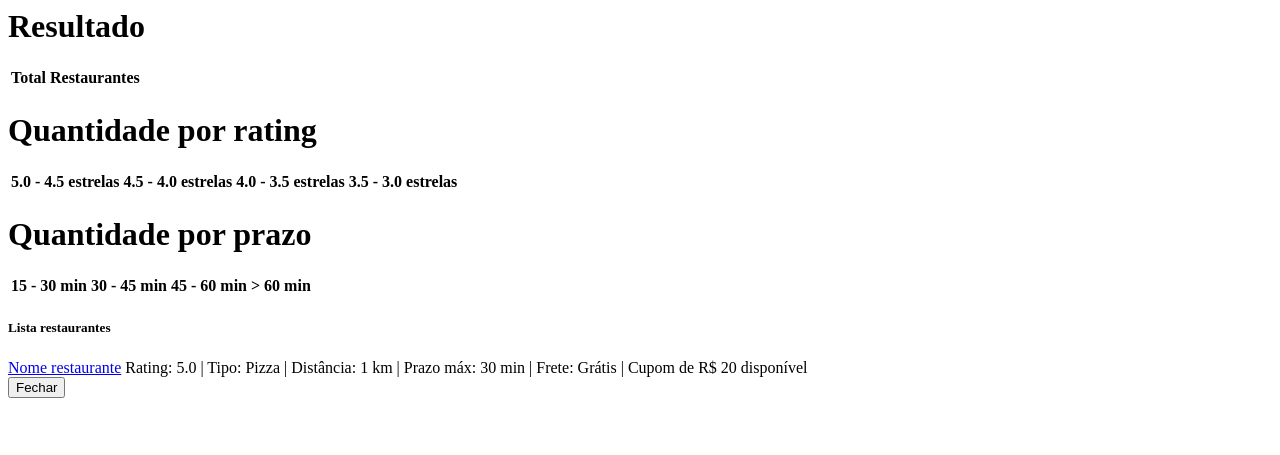
Repository: Amorim-cyber/backend_aplicativo_de_comida_V2
Page: http://localhost/foodTracker/Quantidades.jsp
The author's editor kept a copy of each file at every save. The page is drawn from the files as they stood at one save, then again after the next save.
The browser window is 1280 px wide. The pictures show the whole page.
The page is served by Tomcat 9. Nobody is signed in. The application's start-up code is not run. Other server files are loaded and not shown.

Above is the page before, as saved 2021-11-03 14:19:37.

### foodTracker/src/main/webapp/Quantidades.jsp
<%@ page language="java" contentType="text/html; charset=UTF-8"
    pageEncoding="UTF-8" import="com.aplicativo.de.comida.services.Service"%>
<%@taglib prefix="c" uri="http://java.sun.com/jsp/jstl/core"%>
<%
	Service service = new Service();
	String end = request.getParameter("endereco");
	Double dist = null;

	Integer total = null;

	Integer rate1 = null;
	Integer rate2 = null;
	Integer rate3 = null;
	Integer rate4 = null;

	Integer time1 = null;
	Integer time2 = null;
	Integer time3 = null;
	Integer time4 = null;

	if(end != null){
		dist = Double.parseDouble(request.getParameter("inlineRadioOptions").split("-")[1].replace(" km", ""));
		total = service.getQtdByAdrRange(end, dist);

		rate1 = service.getQtdByAdrRangeRate(end, dist, "5.0");
		rate2 = service.getQtdByAdrRangeRate(end, dist, "4.5");
		rate3 = service.getQtdByAdrRangeRate(end, dist, "4.0");
		rate4 = service.getQtdByAdrRangeRate(end, dist, "3.5");

		time1 = service.getQtdByAdrRangeRate(end, dist, 30);
		time2 = service.getQtdByAdrRangeRate(end, dist, 45);
		time3 = service.getQtdByAdrRangeRate(end, dist, 60);
		time4 = service.getQtdByAdrRangeRate(end, dist, 61);


	}


%>

	<div class="container">
		<h1>Resultado</h1>
		<table class="table table-striped" >
			<tr>
				<th>Total Restaurantes</th>
			</tr>
			<c:if test="${not empty param.endereco}">
			<tr>
				<td><%= total %></td>
			</tr>
			</c:if>
		</table>
		<h1>Quantidade por rating</h1>
		<table class="table table-striped" >
			<tr>
				<th>5.0 - 4.5 estrelas</th>
				<th>4.5 - 4.0 estrelas</th>
				<th>4.0 - 3.5 estrelas</th>
				<th>3.5 - 3.0 estrelas</th>
			</tr>
			<c:if test="${not empty param.endereco}">
			<tr>
				<td><%= rate1 %></td>
				<td><%= rate2 %></td>
				<td><%= rate3 %></td>
				<td><%= rate4 %></td>
			</tr>
			</c:if>
		</table>
		<h1>Quantidade por prazo</h1>
		<table class="table table-striped" >
			<tr>
				<th>15 - 30 min</th>
				<th>30 - 45 min</th>
				<th>45 - 60 min</th>
				<th>> 60 min</th>
			</tr>
			<c:if test="${not empty param.endereco}">
			<tr>
				<td>
					<button type="button" class="btn btn-primary" data-toggle="modal" data-target="#exampleModalLong">
	  					<%= time1 %>
					</button>
				</td>
				<td><%= time2 %></td>
				<td><%= time3 %></td>
				<td><%= time4 %></td>
			</tr>
			</c:if>
		</table>

		<!-- Modal -->
		<div class="modal fade" id="exampleModalLong" tabindex="-1" role="dialog" aria-labelledby="exampleModalLongTitle" aria-hidden="true">
		  <div class="modal-dialog modal-dialog-scrollable" role="document">
		    <div class="modal-content">
		      <div class="modal-header">
		        <h5 class="modal-title" id="exampleModalLongTitle">Lista restaurantes</h5>
		      </div>
		      <div class="modal-body">
					<div class="card">
					  <div class="card-body">
					  	<div class="img"></div>
					    <div class="details">
					    	<a href="#">Nome restaurante</a>
					    	<span>Rating: 5.0 | Tipo: Pizza | Distância: 1 km | Prazo máx: 30 min | Frete: Grátis | Cupom de R$ 20 disponível</span>
					    </div>
					  </div>
					</div>
		      </div>
		      <div class="modal-footer">
		        <button type="button" class="btn btn-secondary" data-dismiss="modal">Fechar</button>
		      </div>
		    </div>
		  </div>
		</div>

	</div>

### foodTracker/src/main/java/com/aplicativo/de/comida/interfaces/InterfaceRestaurante.java
package com.aplicativo.de.comida.interfaces;

import java.util.List;

import com.aplicativo.de.comida.entities.dao.RestauranteDAO;

public interface InterfaceRestaurante {

	public abstract Integer getQtdByAdrRange(String adr, Double range);

	public abstract Integer getQtdByAdrRangeRate(String adr, Double range, String rate);

	public abstract Integer getQtdByAdrRangeRate(String adr, Double range, Integer time);

	public abstract Integer getQtdByAdrTypeRange(String adr, String type, Double range);

	public abstract Integer getQtdByAdrTypeRangeRate(String adr, String type, Double range, String rate);

	public abstract Integer getQtdByAdrTypeRangeTime(String adr, String type, Double range, String time);

	public abstract List<RestauranteDAO> getListByAdrTypeRangeRate(String adr, String type, Double range, String rate);

	public abstract List<RestauranteDAO> getListByAdrTypeRangeTime(String adr, String type, Double range, String time);

}

### foodTracker/src/main/java/com/aplicativo/de/comida/services/Service.java
package com.aplicativo.de.comida.services;

import java.sql.Connection;
import java.sql.PreparedStatement;
import java.sql.ResultSet;
import java.sql.SQLException;
import java.util.List;

import com.aplicativo.de.comida.dbConnection.DBManager;
import com.aplicativo.de.comida.entities.dao.RestauranteDAO;
import com.aplicativo.de.comida.interfaces.InterfaceRestaurante;


public class Service implements InterfaceRestaurante{

	private Connection conexao;

	@Override
	public Integer getQtdByAdrRange(String adr, Double range) {
		PreparedStatement stmt= null;
		Integer result = 0;
		ResultSet rs = null;

		try {
			conexao= DBManager.obterConexao();
			String sql = "SELECT * FROM T_RESTAURANTE WHERE"
					+ " NM_END_ORI = ? AND"
					+ " NR_DIST_REST <= ? AND"
					+ " NR_DIST_REST > ?";
			stmt= conexao.prepareStatement(sql);
			stmt.setString(1, adr);
			stmt.setDouble(2, range);
			stmt.setDouble(3, range-1);
			rs = stmt.executeQuery();
			while(rs.next()) {
				result += 1;
			}
		} catch (SQLException e) {
			e.printStackTrace();
		}finally{
			try{
				stmt.close();
				rs.close();
				conexao.close();
			} catch(SQLException e) {
				e.printStackTrace();
			}
		}

		return result;
	}

	@Override
	public Integer getQtdByAdrRangeRate(String adr, Double range, String rate) {
		PreparedStatement stmt= null;
		Integer result = 0;
		ResultSet rs = null;

		try {
			conexao= DBManager.obterConexao();

			String sql = "SELECT * FROM T_RESTAURANTE WHERE"
					+ " NM_END_ORI = ? AND"
					+ " NR_DIST_REST <= ? AND"
					+ " NR_DIST_REST > ? AND"
					+ " NR_RAT_REST NOT LIKE 'N%' AND"
					+ " TO_NUMBER(NR_RAT_REST,'9.9') <= ? AND"
					+ " TO_NUMBER(NR_RAT_REST,'9.9') > ?";
			stmt= conexao.prepareStatement(sql);
			stmt.setString(1, adr);
			stmt.setDouble(2, range);
			stmt.setDouble(3, range-1);
			stmt.setDouble(4, Double.parseDouble(rate));
			stmt.setDouble(5, Double.parseDouble(rate)-0.5);

			rs = stmt.executeQuery();
			while(rs.next()) {
				result += 1;
			}
		} catch (SQLException e) {
			e.printStackTrace();
		}finally{
			try{
				stmt.close();
				rs.close();
				conexao.close();
			} catch(SQLException e) {
				e.printStackTrace();
			}
		}

		return result;
	}

	@Override
	public Integer getQtdByAdrRangeRate(String adr, Double range, Integer time) {
		PreparedStatement stmt= null;
		Integer result = 0;
		ResultSet rs = null;

		try {
			conexao= DBManager.obterConexao();

			String sql;

			if(time > 60) {
				sql = "SELECT * FROM T_RESTAURANTE WHERE"
						+ " NM_END_ORI = ? AND"
						+ " NR_DIST_REST <= ? AND"
						+ " NR_DIST_REST > ? AND"
						+ " DS_PRAZO_REST > ?";

				stmt= conexao.prepareStatement(sql);
				stmt.setString(1, adr);
				stmt.setDouble(2, range);
				stmt.setDouble(3, range-1);
				stmt.setDouble(4, time);

			}else {
				sql = "SELECT * FROM T_RESTAURANTE WHERE"
						+ " NM_END_ORI = ? AND"
						+ " NR_DIST_REST <= ? AND"
						+ " NR_DIST_REST > ? AND"
						+ " DS_PRAZO_REST <= ? AND"
						+ " DS_PRAZO_REST > ?";

				stmt= conexao.prepareStatement(sql);
				stmt.setString(1, adr);
				stmt.setDouble(2, range);
				stmt.setDouble(3, range-1);
				stmt.setDouble(4, time);
				stmt.setDouble(5, time - 15);
			}

			rs = stmt.executeQuery();
			while(rs.next()) {
				result += 1;
			}
		} catch (SQLException e) {
			e.printStackTrace();
		}finally{
			try{
				stmt.close();
				rs.close();
				conexao.close();
			} catch(SQLException e) {
				e.printStackTrace();
			}
		}

		return result;
	}

	@Override
	public Integer getQtdByAdrTypeRange(String adr, String type, Double range) {
		PreparedStatement stmt= null;
		ResultSet rs= null;
		Integer result = 0;


		try {
			conexao= DBManager.obterConexao();

			String sql = "SELECT COUNT(*) \"QTD_RESTAURANTE\" FROM T_RESTAURANTE WHERE \r\n"
					+ "NM_END_ORI = ? AND\r\n"
					+ "DS_TIPO_REST = ? AND\r\n"
					+ "NR_DIST_REST <= ?;";
			stmt= conexao.prepareStatement(sql);
			stmt.setString(1, adr);
			stmt.setString(2, type);
			stmt.setDouble(3, range);

			rs= stmt.executeQuery();

			result = rs.getInt("QTD_RESTAURANTE");

		} catch (SQLException e) {
			e.printStackTrace();
		}finally{
			try{
				stmt.close();conexao.close();
			} catch(SQLException e) {
				e.printStackTrace();
			}
		}

		return result;
	}

	@Override
	public Integer getQtdByAdrTypeRangeRate(String adr, String type, Double range, String rate) {
		// TODO Auto-generated method stub
		return null;
	}

	@Override
	public Integer getQtdByAdrTypeRangeTime(String adr, String type, Double range, String time) {
		// TODO Auto-generated method stub
		return null;
	}

	@Override
	public List<RestauranteDAO> getListByAdrTypeRangeRate(String adr, String type, Double range, String rate) {
		// TODO Auto-generated method stub
		return null;
	}

	@Override
	public List<RestauranteDAO> getListByAdrTypeRangeTime(String adr, String type, Double range, String time) {
		// TODO Auto-generated method stub
		return null;
	}







}


/* SELECT COUNT(*) "QTD_RESTAURANTE" FROM T_RESTAURANTE WHERE
NM_END_ORI = 'Rua Desembarbador Roberto medeiros, 70' AND
DS_TIPO_REST = 'Pizza' AND
NR_DIST_REST <= 1 AND
(TO_NUMBER(NR_RAT_REST,'9.9') = 5.0 OR
TO_NUMBER(NR_RAT_REST,'9.9') > 4.5); */

After the next save:
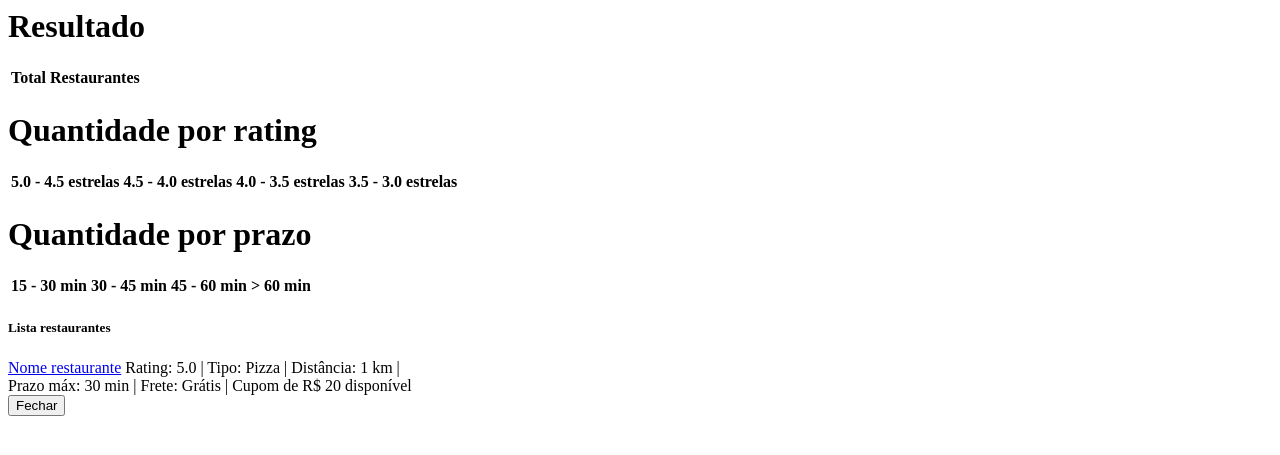
Saved 24 s later.
--- a/foodTracker/src/main/webapp/Quantidades.jsp
+++ b/foodTracker/src/main/webapp/Quantidades.jsp
@@ -102,7 +102,9 @@
 					  	<div class="img"></div>
 					    <div class="details">
 					    	<a href="#">Nome restaurante</a>
-					    	<span>Rating: 5.0 | Tipo: Pizza | Distância: 1 km | Prazo máx: 30 min | Frete: Grátis | Cupom de R$ 20 disponível</span>
+					    	<span>Rating: 5.0 | Tipo: Pizza | Distância: 1 km | <br>
+					    	 Prazo máx: 30 min | Frete: Grátis | Cupom de R$ 20 disponível
+					    	</span>
 					    </div>
 					  </div>
 					</div>

After the save that followed:
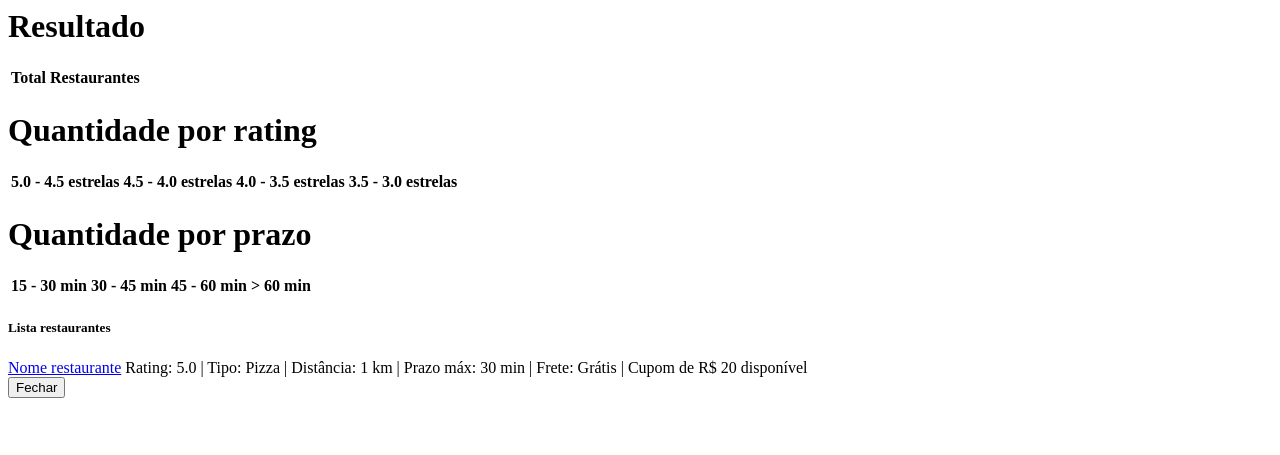
Saved 30 s later.
--- a/foodTracker/src/main/webapp/Quantidades.jsp
+++ b/foodTracker/src/main/webapp/Quantidades.jsp
@@ -102,8 +102,7 @@
 					  	<div class="img"></div>
 					    <div class="details">
 					    	<a href="#">Nome restaurante</a>
-					    	<span>Rating: 5.0 | Tipo: Pizza | Distância: 1 km | <br>
-					    	 Prazo máx: 30 min | Frete: Grátis | Cupom de R$ 20 disponível
+					    	<span>Rating: 5.0 | Tipo: Pizza | Distância: 1 km | Prazo máx: 30 min | Frete: Grátis | Cupom de R$ 20 disponível
 					    	</span>
 					    </div>
 					  </div>
